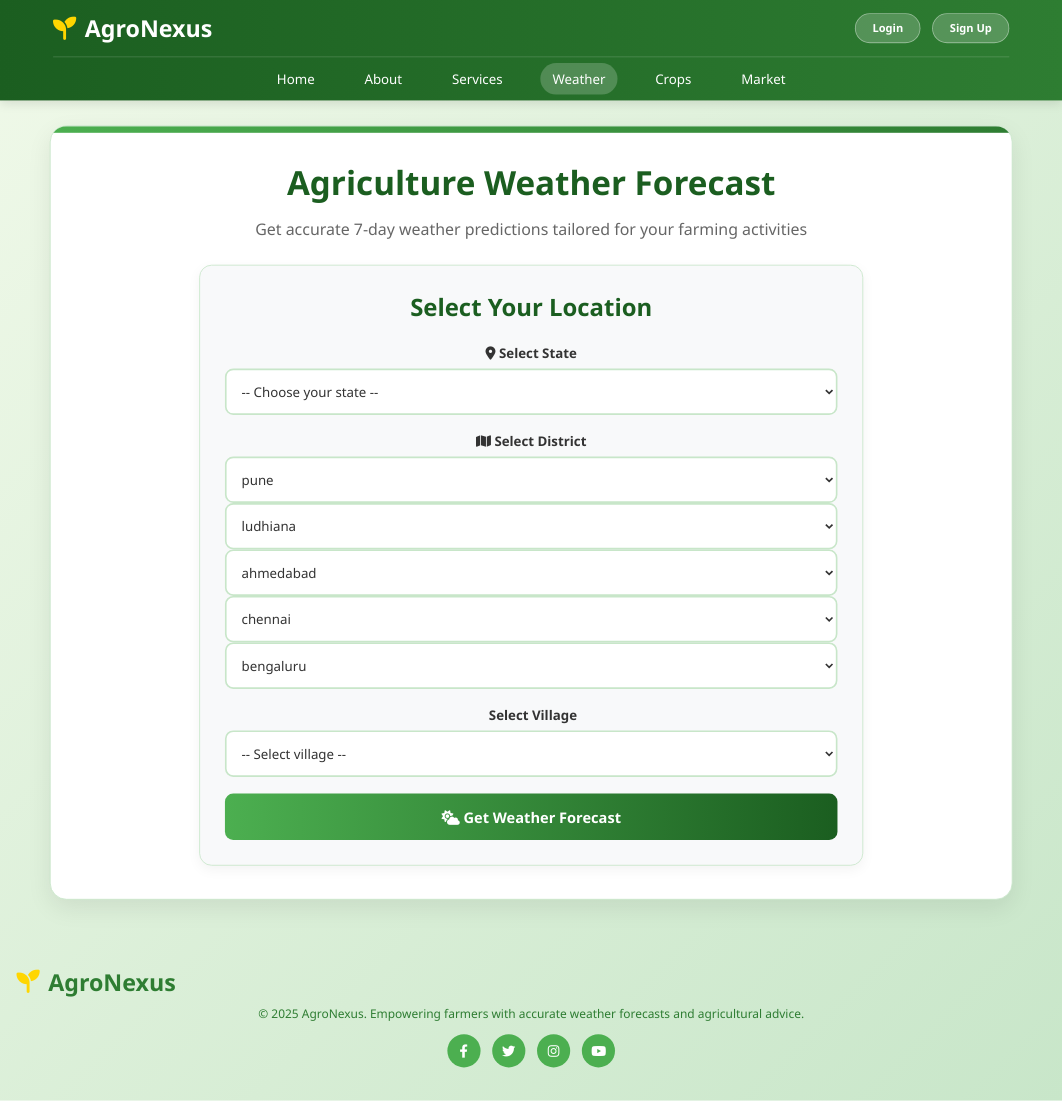
Repository: Sanika-ce/AgroNexus
Page: wheather.html
An editor plug-in stored every save of this project. The page is shown before and after the next save, followed by the edit.
The browser window is 1280 px wide. The pictures show the whole page, at 83% of full size.

Above is the page before, as saved 2025-08-02 17:54:26.
Not found: weather.js

After the next save:
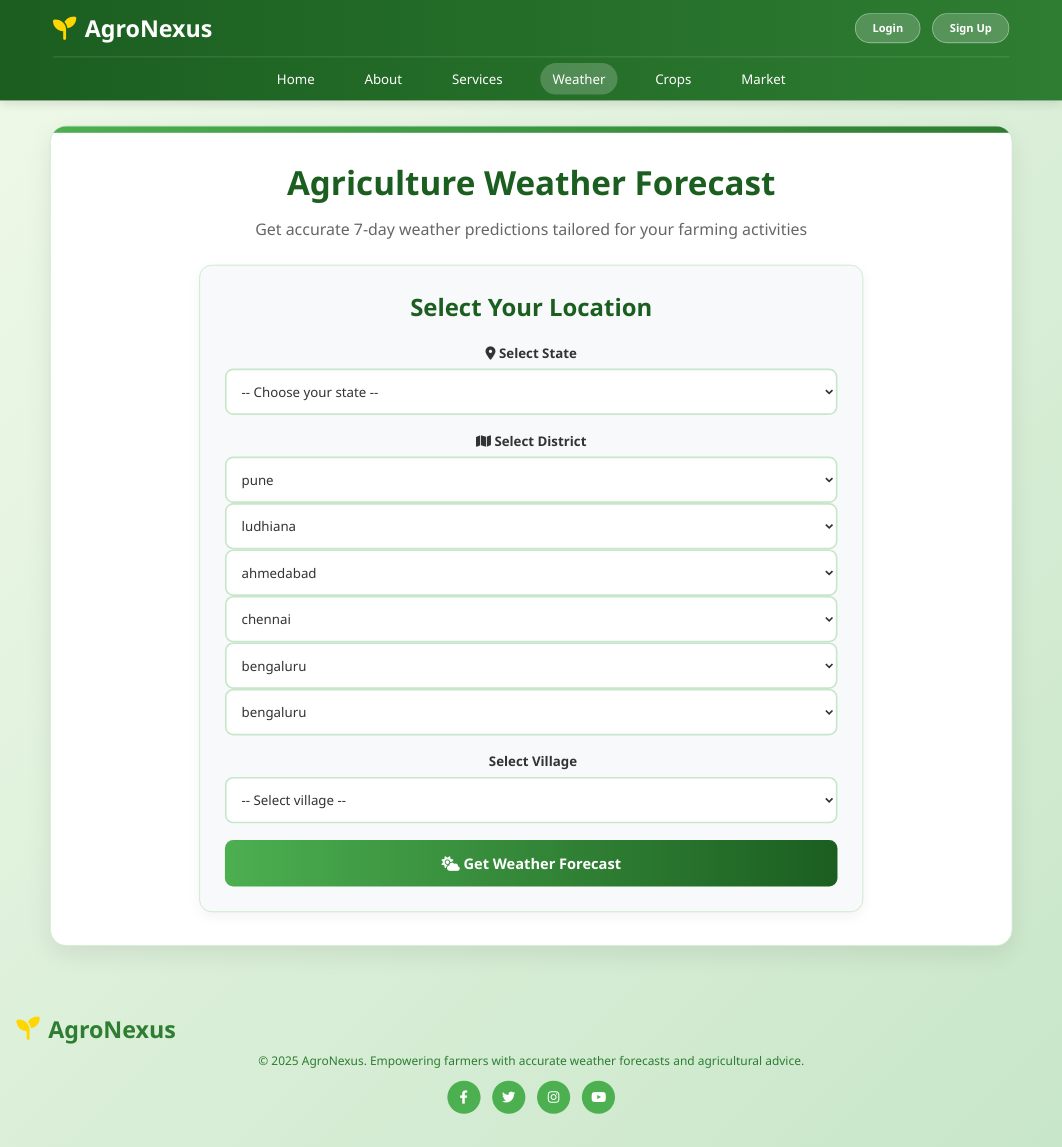
Saved 37 s later.
--- a/wheather.html
+++ b/wheather.html
@@ -91,7 +91,14 @@
                 <select id="karnataka">
                         <option value="bengaluru"> bengaluru</option>
                         <option value="mysuru">mysuru:</option>
-                        <option value="   madurai"> madurai</option>
+                        <option value="hubli:">hubli:</option>
+                    </select>
+
+
+                       <select id="karnataka">
+                        <option value="bengaluru"> bengaluru</option>
+                        <option value="mysuru">mysuru:</option>
+                        <option value="hubli:">hubli:</option>
                     </select>
 
 
